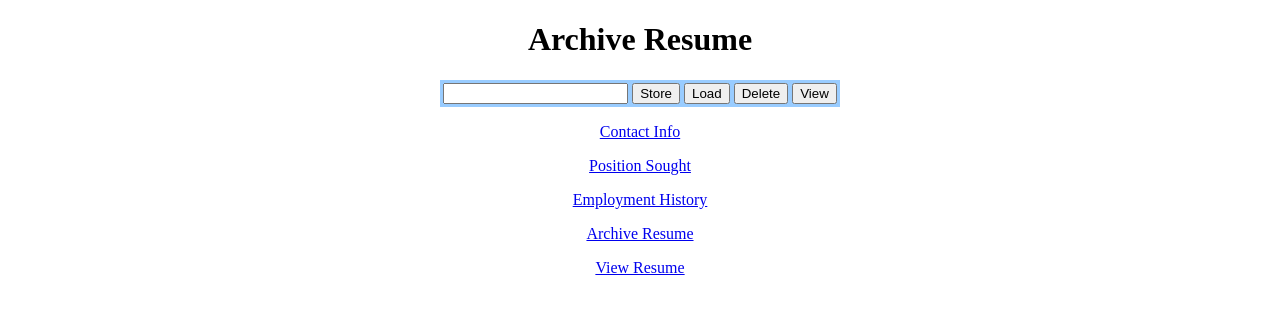
Repository: HyveMynd/cs4540
Page: http://localhost/archive.php
These files come from the project's save history. The page is drawn as it stood at one moment and after the next save; the edit follows.
The browser window is 1280 px wide. The pictures show the whole page.
Some web libraries are served in a nearby version. The page is run by PHP 8.4 with error messages shown; the project is at /var/www/html/.

Above is the page before, as saved 2013-02-18 06:27:45.

### ps5/archive.php
<?php
require 'functions.php';
?>
<!DOCTYPE html PUBLIC "-//W3C//DTD HTML 4.01 Transitional//EN" "http://www.w3.org/TR/html4/loose.dtd">
<html>
<head>
<meta http-equiv="Content-Type" content="text/html; charset=UTF-8">
<link rel="stylesheet" href="style.css" type="text/css" />
<script src="//ajax.googleapis.com/ajax/libs/jquery/1.8.2/jquery.min.js" type="text/javascript"></script>
<script src=resume.js type="text/javascript"></script>
<title>Employment History</title>
</head>
<body class='archive'>
	<h1>Archive Resume</h1>
	<form method="post">
	<table>
		<tr>
			<td><input name="resumeName" type="text" value="<?php sticky('resumeName')?>" maxlength="20" required /></td>
			<td><input type="submit" value="Store" /></td>
			<td><input type="submit" value="Load" /></td>
			<td><input type="submit" value="Delete" /></td>
			<td><input type="submit" value="View" /></td>
		</tr>
	</table>
	</form>
	<p><a href="contactInfo.php" >Contact Info</a></p>
	<p><a href="positionSought.php" >Position Sought</a></p>
	<p><a href="employmentHistory.php" >Employment History</a></p>
	<p><a href="archive.php" >Archive Resume</a></p>
	<p><a href="resume.php" >View Resume</a></p>
</body>

### ps5/functions.php
<?php

//output session variables if they are set
function sticky ($name){
	if (isset($_REQUEST[$name])){
		$_SESSION[$name] = $_REQUEST[$name];
		echo $_REQUEST[$name];
	}
	elseif (isset($_SESSION[$name])){
		echo $_SESSION[$name];
	}
}

?>

### ps5/style.css
@CHARSET "UTF-8";

body{
	background-color:#FFFFFF;
	font:arial, sans-serif;
	text-align:center;
	margin-left:auto;
	margin-right: auto;
}
div{
	background-color:#99CCFF;
	width:400px;
	margin-left:auto;
	margin-right: auto;
	height:80px
}
table{
	background-color:#99CCFF;
	font-size:15px;
	font-style:normal;
	margin-left:auto;
	margin-right:auto;
}

### ps5/resume.js
function addField(){
	$('h1').append("<section><table><tr><td>Enter the Start Date:</td><td><input name='startDate[]' type=date value='' required /></td><td><input class='remove' type='button' value='remove' /></td></tr><tr><td>Enter the End Date:</td><td><input name='endDate[]' type=date value='' required /></td></tr></table><table><tr><th>Enter a brief description of your responsibilities:</th></tr><tr><td><textarea name='desc[]' rows=10 cols=50 required></textarea></td></tr></table></section>");
	attachRemove();
};

function initializeFields(n){
	$('h1').append("<section><table><tr><td>Enter the Start Date:</td><td><input name='startDate[]' type=date value='"+startArray[n]+"' required /></td><td><input class='remove' type='button' value='remove' /></td></tr><tr><td>Enter the End Date:</td><td><input name='endDate[]' type=date value='"+endArray[n]+"' required /></td></tr></table><table><tr><th>Enter a brief description of your responsibilities:</th></tr><tr><td><textarea name='desc[]' rows=10 cols=50 required>"+descArray[n]+"</textarea></td></tr></table></section>");
};

function populateFields(count){
	for (var i = 0; i < count; i++)
		initializeFields(i);
}

function addReadonly(n){
	for (var i = 0; i < n; i++)
		$('#employ').append("<table><tr><td>Enter the Start Date:</td><td><input name='startDate[]' type=date value='"+startArray[i]+"' readonly /></td></tr><tr><td>Enter the End Date:</td><td><input name='endDate[]' type=date value='"+endArray[i]+"' readonly /></td></tr></table><table><tr><th>Enter a brief description of your responsibilities:</th></tr><tr><td><textarea name='desc[]' rows=10 cols=50 readonly>"+descArray[i]+"</textarea></td></tr></table>");
}

function highlightInput(input){
	$(input).css('border', '3px #FF0000 solid');
}

function attachRemove(){
	$('.remove').click(function (){
		removeSection($(this));
	});
}

function removeSection(button){
	$(button).closest($('section')).remove();
}

function validate(){
	var invalid = false;

	//loop through inputs
	$('input').each(function (){
		if ($(this).val() == ''){
			highlightInput($(this));
			invalid = true;
		}
	});

	//loop through textareas
	$('textarea').each(function (){
		if ($(this).val() == ''){
			highlightInput($(this));
			invalid = true;
		}
	});
	if(!invalid)
		$('form').submit();
}

After the next save:
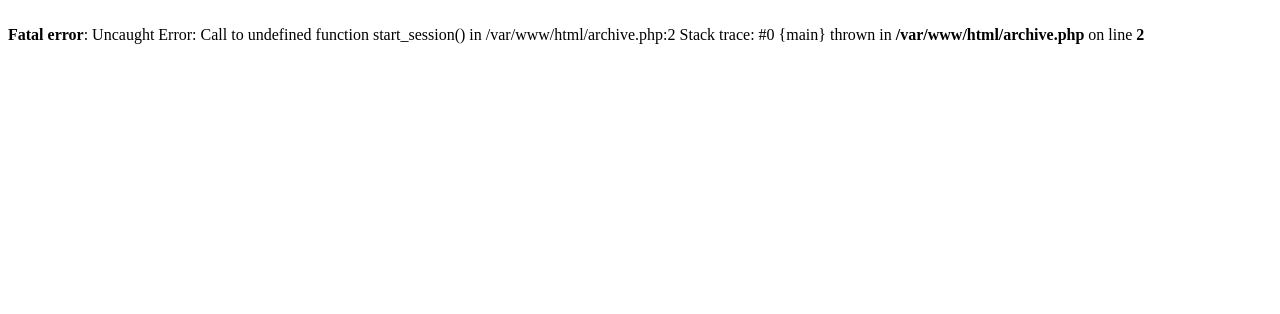
Saved 81 s later.
--- a/ps5/archive.php
+++ b/ps5/archive.php
@@ -1,4 +1,5 @@
 <?php
+start_session();
 require 'functions.php';
 ?>
 <!DOCTYPE html PUBLIC "-//W3C//DTD HTML 4.01 Transitional//EN" "http://www.w3.org/TR/html4/loose.dtd">
